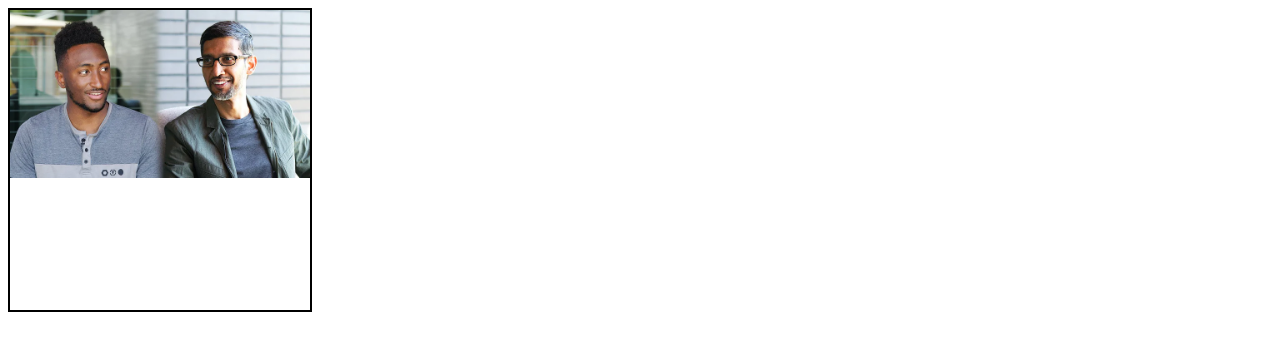
Repository: RagulRanjeeth/Frontend
Page: CloneYoutube/index.html
These files come from the project's save history. The page is drawn as it stood at one moment and after the next save; the edit follows.
The browser window is 1280 px wide. The pictures show the whole page.

Above is the page before, as saved 2026-01-22 14:17:03.

After the next save:
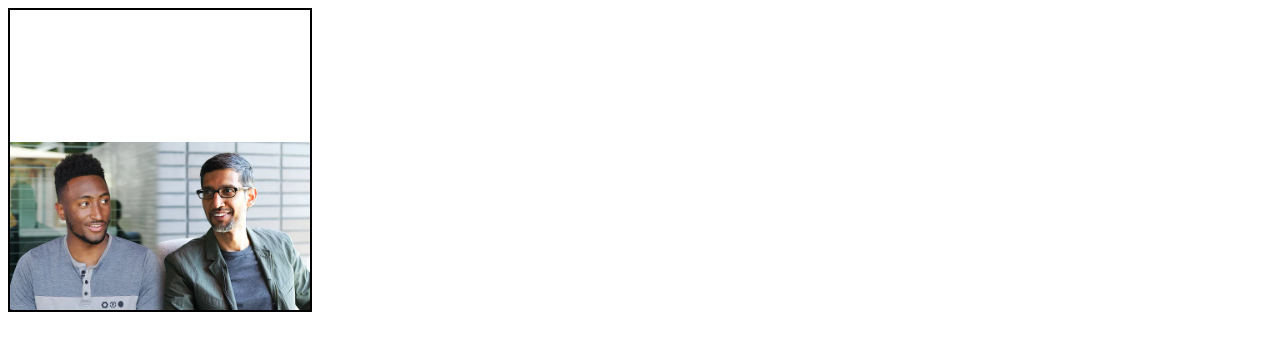
Saved 33 s later.
--- a/CloneYoutube/Styles.css
+++ b/CloneYoutube/Styles.css
@@ -2,7 +2,7 @@
     width: 300px;
     height:300px;
     object-fit: contain;
-    object-position:top;
+    object-position:bottom;
     border-width: 2px;
     border-style:solid;
 }

After the save that followed:
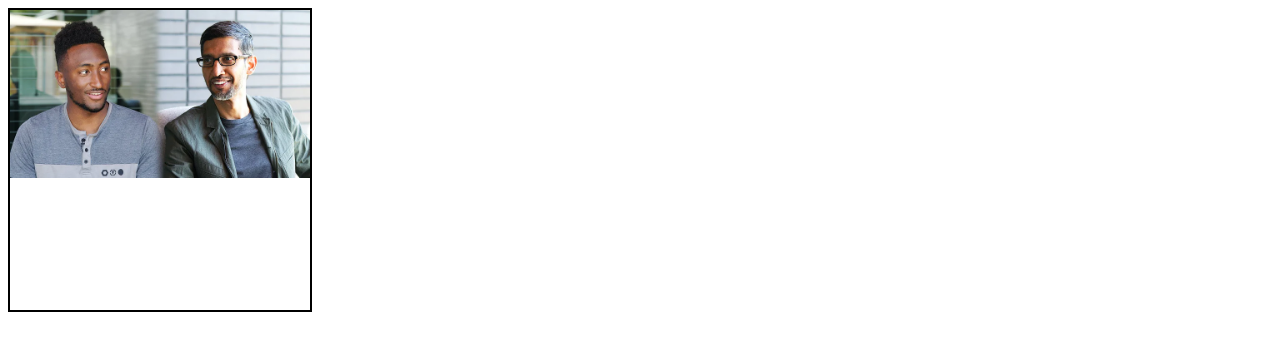
Saved 8 s later.
--- a/CloneYoutube/Styles.css
+++ b/CloneYoutube/Styles.css
@@ -2,7 +2,7 @@
     width: 300px;
     height:300px;
     object-fit: contain;
-    object-position:bottom;
+    object-position:top;
     border-width: 2px;
     border-style:solid;
 }
